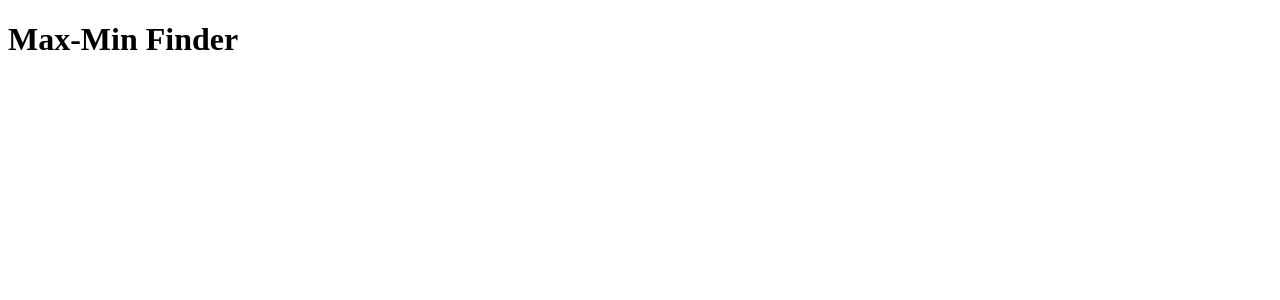
Repository: ZawMinKhantOrLeon/JavaEEWS
Page: http://localhost/jsp_servlet/max-min.jsp
These files come from the project's save history. The page is drawn as it stood at one moment and after the next save; the edit follows.
The browser window is 1280 px wide. The pictures show the whole page.
The page is served by Tomcat 10.

Above is the page before, as saved 2024-02-15 04:52:28.

After the next save:
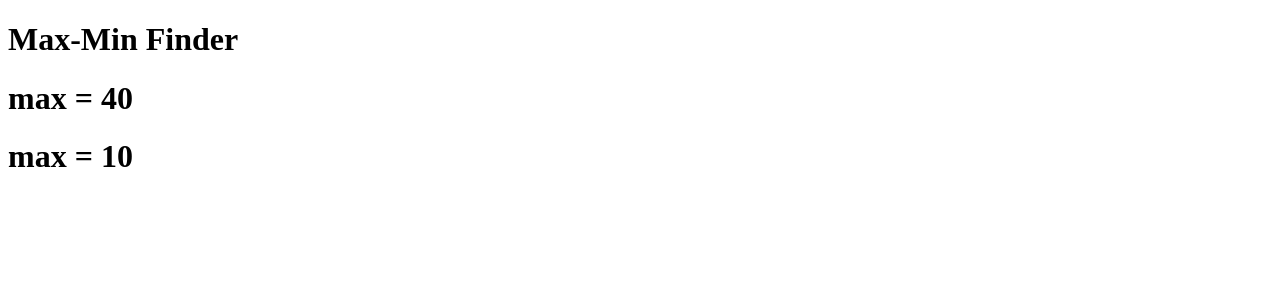
Saved 50 s later.
--- a/jsp_servlet/src/main/webapp/max-min.jsp
+++ b/jsp_servlet/src/main/webapp/max-min.jsp
@@ -41,7 +41,11 @@
     %>
 	<%
 		//logic
+		int max= max(10,20,40,15);
+		out.print("<h1> max = "+max+"<h1>");
 
+		int min= min(10,20,40,15);
+		out.print("<h1> max = "+min+"<h1>");
 	%>
 </body>
 </html>
